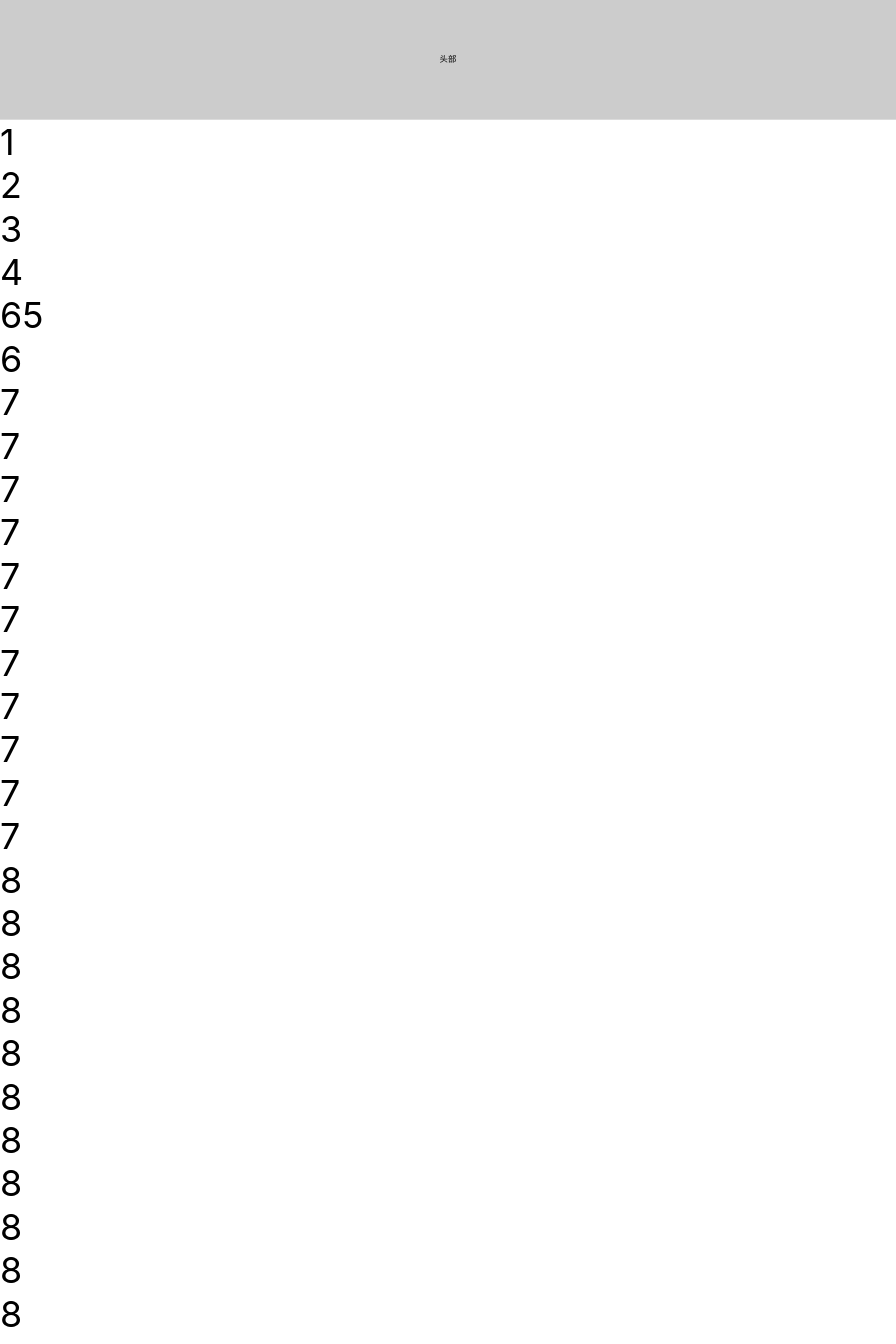
Repository: zjb17395046959/h5-
Page: index.html
An editor plug-in stored every save of this project. The page is shown before and after a run of saves, followed by the edit.
The browser window is 1280 px wide. The pictures show the part of the page from y = 0 to 1920 px (the page is 2201 px tall before and 3461 px after), at 70% of full size.
The style sheet was rebuilt from its Sass, Less or Tailwind sources for each picture, by a compiler version that may differ from the author's.

Above is the page before, as saved 2020-09-14 16:03:37.

### index.html
<!DOCTYPE html>
<html lang="en">
<head>
    <meta charset="utf-8">
    <meta content="yes" name="apple-mobile-web-app-capable" />
    <meta content="yes" name="apple-touch-fullscreen" />
    <meta content="telephone=no,email=no" name="format-detection" />
    <meta name="viewport" content="initial-scale=1, maximum-scale=1, minimum-scale=1, user-scalable=no">
    <title>头尾固定，中间超出隐藏</title>
    <link rel="stylesheet" href="./css/reset.css">
    <link rel="stylesheet" href="./css/index.css">
    <script src="./js/jquery-2.1.3.min.js"></script>
    <script src="./js/flexible.js"></script>
    <script src="./js/util.js"></script>
</head>
<body>
    <!-- 布局开始 -->
    <div id="wrap">
        <!-- 头部布局 -->
        <header>头部</header>
        <div class="content">
            <ul>
                <li>1</li>
                <li>2</li>
                <li>3</li>
                <li>4</li>
                <li>65</li>
                <li>6</li>
                <li>7</li>
                <li>7</li>
                <li>7</li>
                <li>7</li>
                <li>7</li>
                <li>7</li>
                <li>7</li>
                <li>7</li>
                <li>7</li>
                <li>7</li>
                <li>7</li>
                <li>8</li>
                <li>8</li>
                <li>8</li>
                <li>8</li>
                <li>8</li>
                <li>8</li>
                <li>8</li>
                <li>8</li>
                <li>8</li>
                <li>8</li>
                <li>8</li>
                <li>8</li>
                <li>8</li>
            </ul>
        </div>
        <footer>尾部</footer>


<!-- 布局结束 -->
    </div>
</body>
</html>

### css/reset.css
/*清除外边距*/
body, h1, h2, h3, h4, h5, h6, hr, p, blockquote, figure, /*结构元素*/
dl, dt, dd, ul, ol, li, /*列表元素*/
fieldset, lengend, button, input, textarea, /*表单元素*/
th, td, /*表格元素*/
pre /*文本格式元素*/ {
    margin: 0;
    -webkit-tap-highlight-color:rgba(0,0,0,0);
    -webkit-tap-highlight-color: transparent;
}
/*清除内边距*/
ul, ol, menu, td, input{
    padding: 0;
}
/*重置列表元素*/
ul, ol {
    list-style: none;
}
/*将字体扶正*/
address, cite, dfn, em, var {
    font-style: normal;
}
/*清下划线*/
a {
    text-decoration: none;
    color: black;
}
/*鼠标略过a标签，显示下划线*/
a:hover {
    /*text-decoration: underline;*/
}
/*清浮动*/
.clear:after {
    content: '';
    display: block;
    clear: both;
}

.fl{
    float: left;
}

.fr {
    float: right;
}

input,textarea{
    border: none;
    outline:none;

}
input[type="button"],button{
    -moz-appearance: none;
    -webkit-appearance: none;
    border-radius: 0;/*解决ios上输入框圆角问题*/
}


input[type="text"]:focus,input[type="number"]:focus,input[type="tel"]:focus {
    -webkit-box-shadow: 0 0 0 1000px white inset !important;
}
input[type="text"]:-webkit-autofill,input[type="number"]:-webkit-autofill,input[type="tel"]:-webkit-autofill,
input[type="text"]:-webkit-autofill:focus,input[type="number"]:-webkit-autofill:focus,input[type="tel"]:-webkit-autofill:focus {
    -webkit-box-shadow: 0 0 0px 1000px white inset !important;
    background-color: #fff;
    transition: background-color 50000s ease-in-out 0s;
    -webkit-transition-delay: 99999s;
    -webkit-transition: color 99999s ease-out, background-color 99999s ease-out;
}

/* input:-webkit-autofill {
    -webkit-box-shadow: 0 0 0px 1000px white inset !important;
} */

::-webkit-scrollbar { width: 0  }

body {
    font-family: -apple-system, BlinkMacSystemFont, "PingFang SC","Helvetica Neue",STHeiti,"Microsoft Yahei",Tahoma,Simsun,sans-serif;
    -webkit-text-size-adjust: 100% !important;/*防止ios手机字体默认变大*/
}

### js/flexible.js
(function flexible (window, document) {
    var docEl = document.documentElement
    var dpr = window.devicePixelRatio || 1

    // adjust body font size
    function setBodyFontSize () {
      if (document.body) {
        document.body.style.fontSize = (12 * dpr) + 'px'
      }
      else {
        document.addEventListener('DOMContentLoaded', setBodyFontSize)
      }
    }
    setBodyFontSize();

    // set 1rem = viewWidth / 10
    function setRemUnit () {
      var rem = docEl.clientWidth / 10
      docEl.style.fontSize = rem + 'px'
    }

    setRemUnit()

    // reset rem unit on page resize
    window.addEventListener('resize', setRemUnit)
    window.addEventListener('pageshow', function (e) {
      if (e.persisted) {
        setRemUnit()
      }
    })

    // detect 0.5px supports
    if (dpr >= 2) {
      var fakeBody = document.createElement('body')
      var testElement = document.createElement('div')
      testElement.style.border = '.5px solid transparent'
      fakeBody.appendChild(testElement)
      docEl.appendChild(fakeBody)
      if (testElement.offsetHeight === 1) {
        docEl.classList.add('hairlines')
      }
      docEl.removeChild(fakeBody)
    }

    var viewport = document.querySelector("meta[name=viewport]");
        var dpr = window.devicePixelRatio || 1;
        var scale = 1 / dpr;
        //下面是根据设备dpr设置viewport
        viewport.setAttribute(
            "content",
            "width=device-width,initial-scale=" +
            scale +
            ", maximum-scale=" +
            scale +
            ", minimum-scale=" +
            scale +
            ", user-scalable=no"
        );

  }(window, document))

### js/util.js
$(function(){

        /**
     * ajax封装
     * url 发送请求的地址
     * data 发送到服务器的数据，数组存储
     * isLoading 是否显示loading
     * dataType 预期服务器返回的数据类型，常用的如：xml、html、json、text
     * successfn 成功回调函数
     * errorfn 失败回调函数
     */
    var loadNum = 0;
    jQuery.axspost=function(url, data,isLoading,successfn,errorfn) {

        $.ajax({
            type: "POST",
            data: data,
            url: "http://10.6.4.154:8081/app/v6/membersExchange/"+url,
            dataType: "json",
            beforeSend:function(){
                if(isLoading){
                    loadNum++;
                    $(".loading").show();
                }

            },
            success: function(d){
                console.log("成功",d)
                if(d.result == "000"){
                    successfn(d);
                }else{
                    console.log(d)
                    if(typeof errorfn === "function"){
                        errorfn("success",d);
                    }else{
                        $.toast(d.msg);
                    }
                }
            },
            error: function(e){
                console.log("失败",e)
                if(typeof errorfn === "function"){
                    errorfn("error",e);
                }else{
                    toast("请求出错！");
                    console.log(e)
                }

            },
            complete:function(e){
                if(isLoading){
                    loadNum--
                    if(loadNum === 0){
                        $(".loading").hide();
                    }
                }

            }
        });
    };

    jQuery.toast=function(msg, duration) {
        duration = isNaN(duration) ? 2000 : duration;
        var m = document.createElement('div');
        m.innerHTML = msg;
        m.setAttribute("class", "toast");

        m.style.cssText = "font-family:siyuan;padding:1.5vw  3.0557333vw;color: rgb(255, 255, 255);line-height: 5.7306667vw;text-align: center;border-radius: 0.8730667vw;position: fixed;top: 50%;left: 50%;transform: translate(-50%, -50%);z-index: 999999;background: rgba(0, 0, 0,.7);font-size:  3.4922667vw;word-break:break-all;";
        if(msg.length > 10){
            m.style.cssText+="min-width: 62%;"
        }
        document.body.appendChild(m);
        setTimeout(function() {
            var d = 0.5;
            m.style.webkitTransition = '-webkit-transform ' + d + 's ease-in, opacity ' + d + 's ease-in';
            m.style.opacity = '0';
            setTimeout(function() {
                document.body.removeChild(m)
            }, d * 1000);
        }, duration);
    }

  //校验手机号
  jQuery.PhoneNumberVerify=function(tel) {
    if(tel != ""){
        var reg =/^0?1[3|4|5|6|7|8|9][0-9]\d{8}$/;
        return reg.test(tel);
    }
  };

    //校验邮箱
    jQuery.emailVerify=function(email) {
        if (email != "") {
            var reg = /^\w+((-\w+)|(\.\w+))*\@[A-Za-z0-9]+((\.|-)[A-Za-z0-9]+)*\.[A-Za-z0-9]+$/;
            return reg.test(email);

        };
    };

     //保留两位小数
     jQuery.returnFloat=function(value){
        var value=Math.round(parseFloat(value)*100)/100;
        var xsd=value.toString().split(".");
        if(xsd.length==1){
            value=value.toString()+".00";
            return value;
        }
        if(xsd.length>1){
        if(xsd[1].length<2){
            value=value.toString()+"0";
        }
        return value;
        }
    }

    jQuery.add = function (arg1, arg2, d) {
        arg1 = arg1.toString(), arg2 = arg2.toString();
        var arg1Arr = arg1.split("."),
            arg2Arr = arg2.split("."),
            d1 = arg1Arr.length == 2 ? arg1Arr[1] : "",
            d2 = arg2Arr.length == 2 ? arg2Arr[1] : "";
        var maxLen = Math.max(d1.length, d2.length);
        var m = Math.pow(10, maxLen);
        var result = Number(((arg1 * m + arg2 * m) / m).toFixed(maxLen));
        var d = arguments[2];
        return typeof d === "number" ? Number((result).toFixed(d)) : result;
    }

    jQuery.accSub = function (arg1, arg2) {
        var r1, r2, m, n;
        try {
            r1 = arg1.toString().split(".")[1].length
        } catch (e) {
            r1 = 0
        };
        try {
            r2 = arg2.toString().split(".")[1].length
        } catch (e) {
            r2 = 0
        };
        m = Math.pow(10, Math.max(r1, r2));
        // 动态控制精度长度
        n = (r1 >= r2) ? r1 : r2;
        return ((arg1 * m - arg2 * m) / m).toFixed(n);
    }
    //乘法
    jQuery.accMul = function (arg1, arg2) {
        var m = 0,
            s1 = arg1.toString(),
            s2 = arg2.toString();
        try {
            m += s1.split(".")[1].length
        } catch (e) {};
        try {
            m += s2.split(".")[1].length
        } catch (e) {};
        return Number(s1.replace(".", "")) * Number(s2.replace(".", "")) / Math.pow(10, m);
    }

    //android禁止微信浏览器调整字体大小
   if (typeof WeixinJSBridge == "object" && typeof WeixinJSBridge.invoke == "function") {
       handleFontSize();
   } else {
       if (document.addEventListener) {
           document.addEventListener("WeixinJSBridgeReady", handleFontSize, false);
       } else if (document.attachEvent) {
           document.attachEvent("WeixinJSBridgeReady", handleFontSize);
           document.attachEvent("onWeixinJSBridgeReady", handleFontSize);  }
   }
   function handleFontSize() {
       // 设置网页字体为默认大小
       WeixinJSBridge.invoke('setFontSizeCallback', { 'fontSize' : 0 });
       // 重写设置网页字体大小的事件
       WeixinJSBridge.on('menu:setfont', function() {
           WeixinJSBridge.invoke('setFontSizeCallback', { 'fontSize' : 0 });
       });
   }
});

### css/index.less
@baseWidth:750;
.vw(@name,@px){
    @{name}:(@px / @baseWidth )* 100vw;
}
.longVw(@name,@a,@b,@c,@d){
    @{name}:( @a / @baseWidth)* 100vw ( @b / @baseWidth)* 100vw ( @c / @baseWidth)* 100vw ( @d / @baseWidth)* 100vw
}
#wrap{
    width: 100%;
    height: 100%;
    display: flex;
    flex-direction: column;
    header,footer{
        .vw(height,100);
        .vw(line-height,100);
        text-align: center;
        background:#ccc;
    }
    .content{
        flex: 1;
        overflow: scroll;
        ul{
            li{
                .vw(font-size,30);
            }
        }
    }
    footer{

    }
}

Loaded but not shown: js/jquery-2.1.3.min.js (library)

After the next 2 saves:
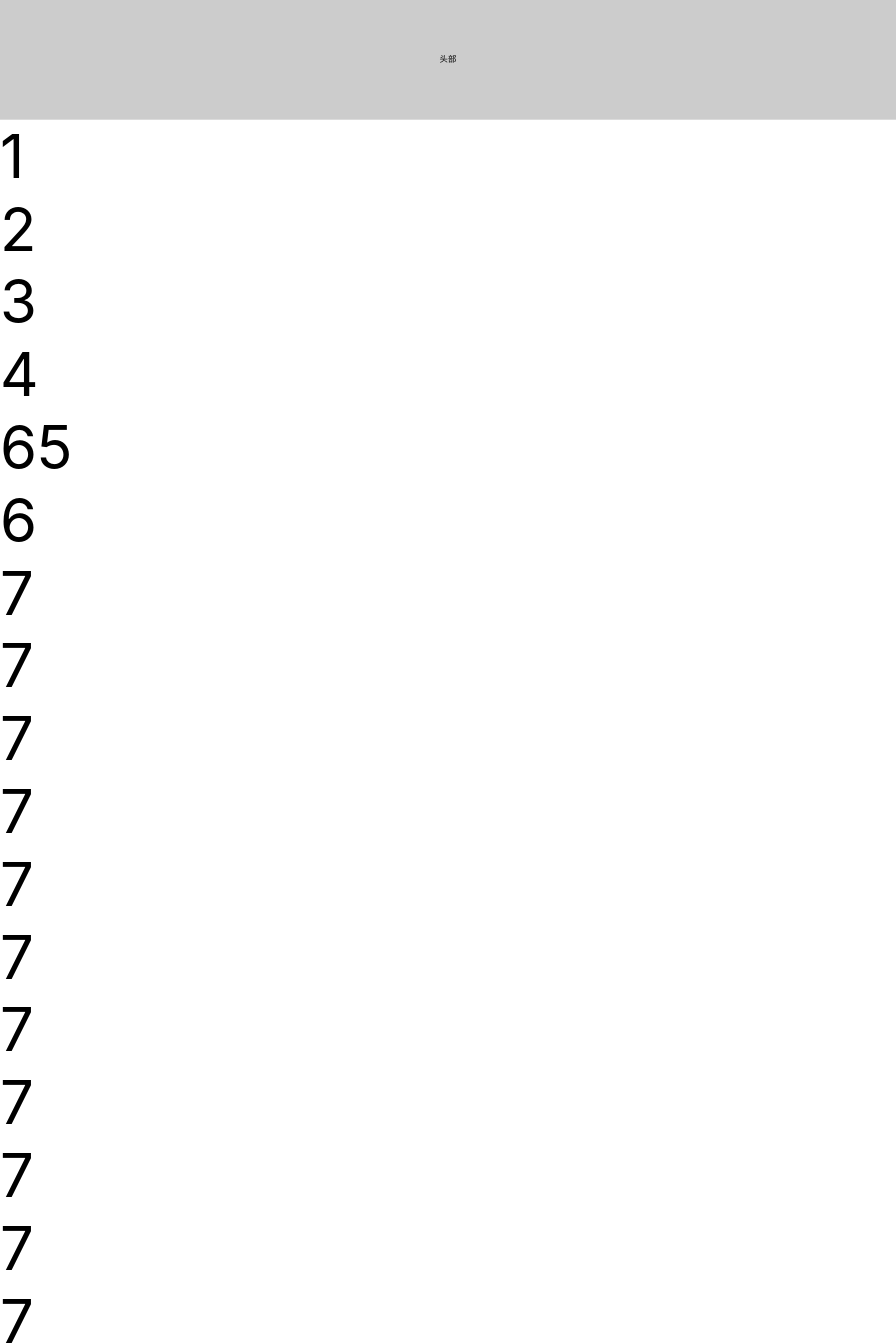
The 2 saves are shown as one change because they came seconds apart.
The last was saved 7 s later.
--- a/css/index.less
+++ b/css/index.less
@@ -18,10 +18,10 @@
     }
     .content{
         flex: 1;
-        overflow: scroll;
+        overflow: auto;
         ul{
             li{
-                .vw(font-size,30);
+                .vw(font-size,50);
             }
         }
     }
